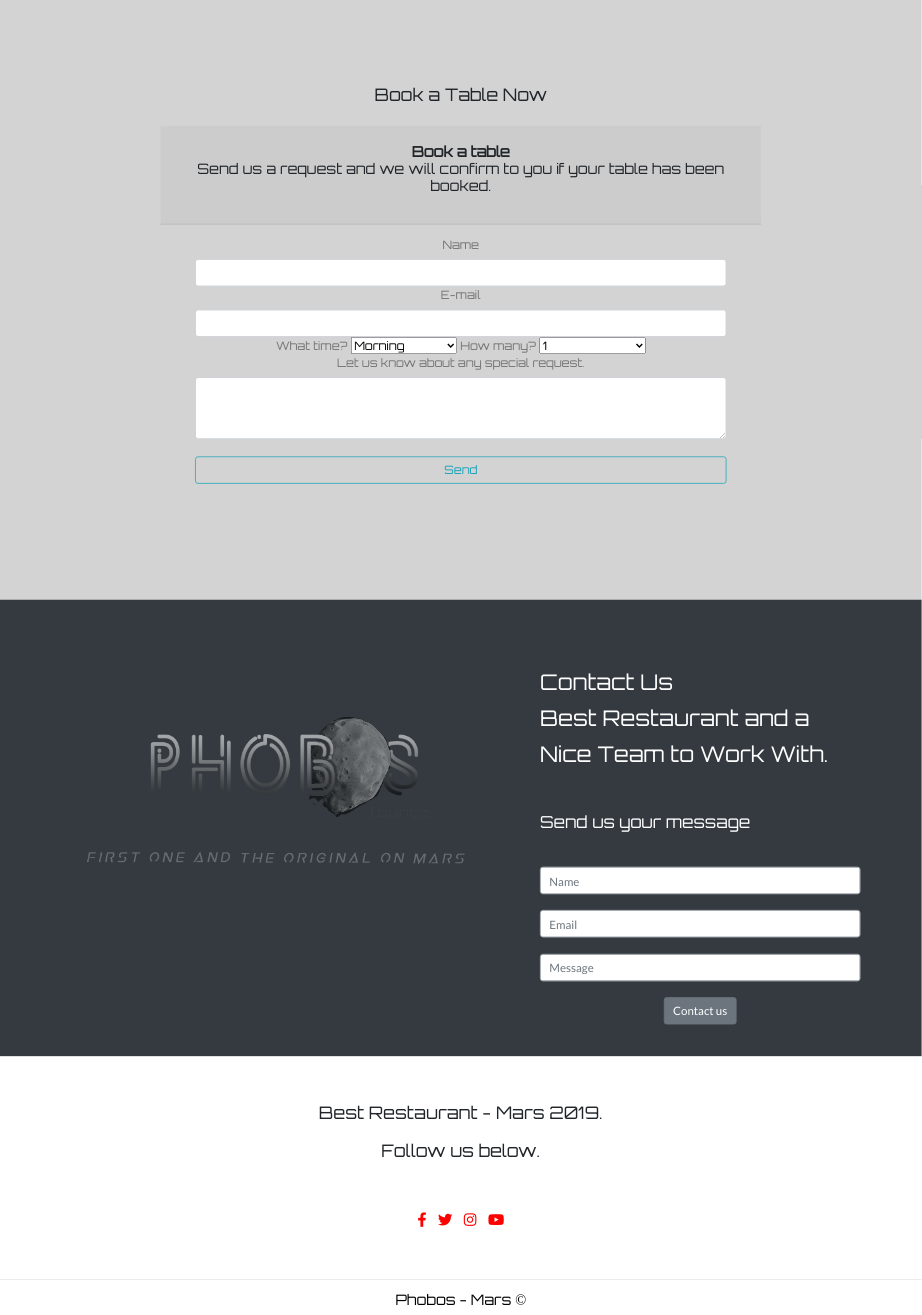
Repository: Code-Institute-Submissions/vinicald-Milestone-Project-1
Page: index.html
The author's editor kept a record of every edit. The page is drawn from the files as they stood at one moment, then again after the next edit.
The browser window is 1280 px wide. The pictures show the part of the page from y = 1861 to 3687 px (the page is 3687 px tall before and 3589 px after), at 72% of full size.
Backgrounds fixed to the window are drawn as part of the page. Some web fonts or font styles are not loaded; a fallback is used. Some web libraries are served in a nearby version.

Above is the page before.

### index.html
<!DOCTYPE html>
<html lang="en">

<head>
    <meta charset="UTF-8">
    <meta name="viewport" content="width=device-width, initial-scale=1.0">
    <meta http-equiv="X-UA-Compatible" content="ie=edge">
    <link rel="stylesheet" href="https://stackpath.bootstrapcdn.com/bootstrap/4.3.1/css/bootstrap.min.css" integrity="sha384-ggOyR0iXCbMQv3Xipma34MD+dH/1fQ784/j6cY/iJTQUOhcWr7x9JvoRxT2MZw1T" crossorigin="anonymous">
    <link rel="stylesheet" href="https://cdnjs.cloudflare.com/ajax/libs/font-awesome/5.9.0/css/all.css" integrity="undefined" crossorigin="anonymous" />
    <link rel="stylesheet" href="https://cdnjs.cloudflare.com/ajax/libs/hover.css/2.3.1/css/hover-min.css" integrity="sha256-c+C87jupO1otD1I5uyxV68WmSLCqtIoNlcHLXtzLCT0=" crossorigin="anonymous" />
    <link rel="stylesheet" href="assets/css/style.css" type="text/css" />
    <title>Phobos - The Only One</title>
</head>

<body>

    <header>
        <nav class="navbar navbar-expand-lg navbar-light">
            <a href="#home" class="navbar-brand ml-3">Phobos</a>
            <button class="navbar-toggler" type="button" data-toggle="collapse" data-target="#navbarMenu" arial-controls="navbarMenu" aria-expand="false" aria-label="Toggle Navigation">
                <span class="navbar-toggler-icon"></span>
            </button>
            <div class="collapse navbar-collapse"></div>
            <div class="collapse navbar-collapse" id="navbarMenu">
                <ul class="navbar-nav ml-auto">
                    <li class="nav-item">
                        <a href="#home" class="nav-link">Home</a>
                    </li>
                    <li class="nav-item">
                        <a href="#aboutus" class="nav-link">About Us</a>
                    </li>
                    <li class="nav-item">
                        <a href="#menu" class="nav-link">Menu</a>
                    </li>
                    <li class="nav-item">
                        <a href="#bookatable" class="nav-link">Book a Table</a>
                    </li>
                    <li class="nav-item">
                        <a href="#contactus" class="nav-link">Contact Us</a>
                    </li>
                </ul>
            </div>
        </nav>
    </header>

    <main>
        <div class="container-fluid p-0" id="home">
            <div class="site-content">
                <div class="d-flex justify-content-center">
                    <div class="d-flex flex-column">
                        <h1 class="site-title">Phobos Mars</h1>
                        <p class="site-desc">First one and The original on Mars.<br>More than 10 Awards</br>
                        </p>
                        <div class="d-flex flex-row">
                            <a href="#menu" class="btn site-btn1 px-4 py-3 mr-4 btn-light" role="button">Menu</a>
                        </div>
                    </div>
                </div>
            </div>
        </div>

        <div class="aboutus" id="aboutus">
            <div class="container text-center">
                <h1 class="heading-1">About us</h1>
                <h1 class="heading-2">A different Story and Unexpected Food</h1>
                <p class="para-1">The first restaurant on Mars, since 1972.</p>
                <div class="row justify-content-center text-center">
                    <div class="col-md-4">
                        <div class="card">
                            <img src="assets/images/restaurante.jpg" alt="Image1" class="card-img-top"></img>
                            <div class="card-body">
                                <h4 class="card-title">
                                    The First One
                                </h4>
                                <p class="card-text">
                                    The Restaurant was created in 1972, after our good old friend Louis Armstrong started this business on Mars.
                                </p>
                            </div>
                        </div>
                    </div>
                    <div class="col-md-4">
                        <div class="card">
                            <img src="assets/images/couple-on-coffee-date.jpg" alt="Image2" class="card-img-top">
                            <div class="card-body">
                                <h4 class="card-title">
                                    More Than 10 Awards
                                </h4>
                                <p class="card-text">
                                    We have been nominated more than 30 times for the Alien Space Restaurant of the Galaxy and we have won more than 10 Awards.
                                </p>
                            </div>
                        </div>
                    </div>
                    <div class="col-md-4">
                        <div class="card">
                            <img src="assets/images/cheers-to-holiday-eggnog.jpg" alt="Image3" class="card-img-top">
                            <div class="card-body">
                                <h4 class="card-title">
                                    The Perfect Food
                                </h4>
                                <p class="card-text">
                                    We serve the perfect dishes to all situations, from a galaxy meeting til a quick coffee.
                                </p>
                            </div>
                        </div>
                    </div>

                </div>
            </div>
        </div>

        <div class="menu" id="menu">
            <div class="container-fluid">
                <div class="d-flex justify-content-end">
                    <div class="d-flex flex-column m-4">
                        <h1 class="heading-1">Menu</h1>
                        <p class="para">Check it below</p>
                        <a href="assets/images/MENU.pdf" class="btn btn-danger" role="button" target="_blank" class="cv-pdf">Menu
                        </a>
                    </div>
                </div>
            </div>
        </div>

        <div class="bookatable" id="bookatable">
            <div class="container-fluid bookcontent">
                <div class="d-flex justify-content-center m-4">
                    <div class="cardtable">
                        <h4 class="card-title">Book a Table Now</h4>
                        <h5 class="card-header info-color dark-text text-center py-4">
                            <strong>Book a table</strong>
                            <p>Send us a request and we will confirm to you if your table has been booked.</p>
                        </h5>
                        <div class="card-body px-lg-5 pt-0">
                            <form class="text-center" style="color: #757575;" action="#!">
                                <div class="md-form mt-3">
                                    <label for="materialContactFormName">Name</label>
                                    <input type="text" id="materialContactFormName" class="form-control">
                                </div>
                                <div class="md-form">
                                    <label for="materialContactFormEmail">E-mail</label>
                                    <input type="email" id="materialContactFormEmail" class="form-control">
                                </div>
                                <span>What time?</span>
                                <select class="mdb-select">
                                    <option value="" disabled>Choose option</option>
                                    <option value="1" selected>Morning</option>
                                    <option value="2">Afternoon</option>
                                    <option value="3">Evening</option>
                                </select>
                                <span>How many?</span>
                                <select class="mdb-select">
                                    <option value="" disabled>Choose option</option>
                                    <option value="1" selected>1</option>
                                    <option value="2">2</option>
                                    <option value="3">3</option>
                                    <option value="3">4</option>
                                    <option value="3">5+</option>
                                </select>
                                <div class="md-form">
                                    <label for="materialContactFormMessage">Let us know about any special request.</label>
                                    <textarea id="materialContactFormMessage" class="form-control md-textarea" rows="3"></textarea>
                                </div>
                                <button class="btn btn-outline-info btn-rounded btn-block z-depth-0 my-4 waves-effect" type="submit">Send</button>
                            </form>
                        </div>
                    </div>
                </div>
            </div>
        </div>


        <div class="contactus bg-dark" id="contactus">
            <div class="container">
                <div class="row">
                    <div class="col-md-7">
                        <img src="assets/images/logo mars.png" class="img-fluid" alt="Image7" width="590">
                    </div>
                    <div class="col-md-5">
                        <h1 class="text-white">
                            Contact Us<br> Best Restaurant and a Nice Team to Work With.
                        </h1>
                        <p class="para-1">Send us your message</p>
                        <div class="center-form">
                            <form>
                                <input type="text" name="name" id="fullname" class="form-control" placeholder="Name" required/>
                                <input type="email" name="email" id="emailaddress" class="form-control" placeholder="Email" required/>
                                <input type="textarea" row="5" name="projectsummary" id="projectsummary" class="form-control" placeholder="Message" required/>
                                <div class="form-row text-center">
                                    <div class="col">
                                        <button type="submit" class="btn btn-secondary">Contact us</button>
                                    </div>
                                </div>
                        </div>
                    </div>
                </div>
            </div>
        </div>
    </main>

    <footer>
        <div class="social text-center">
            <h4 style="margin-top: 5%">Best Restaurant - Mars 2019.</h4>
            <h4 class="my-4">Follow us below.</h4>
            <div class="social" style="margin: 5%;">
                <div class="d-flex flex-row justify-content-center">
                    <a href="#" target="_blank"><i class="fab fa-facebook-f m-2"></i></a>
                    <a href="#" target="_blank"><i class="fab fa-twitter m-2"></i></a>
                    <a href="#" target="_blank"><i class="fab fa-instagram m-2"></i></a>
                    <a href="#" target="_blank"><i class="fab fa-youtube m-2"></i></a>
                </div>
            </div>
            <hr>
            <h5 style="color: black">Phobos - Mars &copy</h5>
        </div>
    </footer>
    <script src="https://code.jquery.com/jquery-3.3.1.slim.min.js" integrity="sha384-q8i/X+965DzO0rT7abK41JStQIAqVgRVzpbzo5smXKp4YfRvH+8abtTE1Pi6jizo" crossorigin="anonymous"></script>
    <script src="https://cdnjs.cloudflare.com/ajax/libs/popper.js/1.14.7/umd/popper.min.js" integrity="sha384-UO2eT0CpHqdSJQ6hJty5KVphtPhzWj9WO1clHTMGa3JDZwrnQq4sF86dIHNDz0W1" crossorigin="anonymous"></script>
    <script src="https://stackpath.bootstrapcdn.com/bootstrap/4.3.1/js/bootstrap.min.js" integrity="sha384-JjSmVgyd0p3pXB1rRibZUAYoIIy6OrQ6VrjIEaFf/nJGzIxFDsf4x0xIM+B07jRM" crossorigin="anonymous"></script>
</body>

</html>

### assets/css/style.css
@import url('https://fonts.googleapis.com/css?family=Lexend+Deca: 100, 200, 300, 400, 500, 600, 700|Lato|Overlock+SC|Pacifico|Righteuos|Roboto|Orbitron|Exo:100, 200, 300, 400, 500, 600, 700');

body {
    padding: 0%;
    margin: 0%;
    font-family: "Lato";
}

/* Heading */

.navbar {
    background-color: #2B2A2B;
}

.navbar-brand {
    font-family: "Orbitron";
    font-size: 35px;
    color: #F0E9EE !important;
}

.nav-link {
    font-size: 16px;
    margin: 15px;
    color: grey !important;
    font-family: "Orbitron";
}

.nav-link:hover {
    color: #fafafa !important;
}

.action .nav-link {
    color: #fafafa !important;
}


/* Main Container */

.site-content {
    background-color: #BF402A;
    background-size: cover;
}

.site-title,
.site-desc {
    color: #F0E9EE;
    font-family: "Orbitron";
}

.site-title {
    margin-top: 30%;
    margin-bottom: 6%;
    font-size: 50px;
    text-align: center;
}

.site-desc {
    font-size: 14px;
    padding-left: 15%;
}

.site-btn1 {
    background-color: #fafafa;
    font-family: "Orbitron";
}

.site-btn1 {
    margin-top: 5%;
    margin-bottom: 40%;
    margin-left: 30%;
}

/* About Us */

.aboutus .heading-1 {
    margin-top: 8%;
    font-family: "Orbitron";
}

.aboutus .heading-2 {
    margin-bottom: 5%;
    font-size: 39px;
    font-family: "Orbitron";
}

.aboutus .para-1 {
    width: 60%;
    margin-left: 20%;
    margin-bottom: 5%;
    font-family: "Orbitron";
}

.aboutus .card-text,
.para-1 {
    color: #161616;
}

.aboutus {
    margin-bottom: 8%;
}

.card {
    width: 20rem;
}

/* Menu */

.menu .container-fluid {
    background-image: url('../images/berry-cheesecake.jpg');
    background-size: cover;
    background-attachment: fixed;
    padding-bottom: 5%;
}


.m-4 {
    margin: 6.5rem!important;
}

.menu .heading-1 {
    margin-top: 20%;
    margin-bottom: 4%;
    font-family: "Orbitron";
    width: 80%;
    color: #fafafa;
}

.menu .para {
    width: 100%;
    font-family: "Roboto";
    color: #fafafa;
    margin-bottom: 7%;
}

.menu .btn {
    margin-bottom: 15%;
    width: 60%;
    padding: 3% 5%;
}

/* Book a Table */

.col-md-4 {
    text-align: center;
    margin-left: auto;
    margin-right: auto;
}

.bookatable {
    background-color: lightgrey;
    text-align: center;
}

.bookatable .bookcontent {
    padding-top: 1%;
    padding-bottom: 1%;
}

.bookatable .card-title {
    font-family: "Orbitron";
    padding-bottom: 2%;
    text-align: center;
}

.cardtable {
    max-width: 80%;
}

.card-header {
    font-family: "Orbitron";
}

.card-body {
    font-family: "Orbitron";
}

/* Contact Us */

.contactus {
    margin-top: 0%;
}

.contactus .row .col-md-7 .col-md-5 {
    margin-top: 10%;
    margin-bottom: 10%;
}

.contactus h1 {
    color: white;
    font-family: "Orbitron";
    line-height: 50px;
    font-size: 30px;
    text-decoration: none;
    margin-top: 20%;
}

.contactus .para-1 {
    color: white;
    font-family: "Orbitron";
    font-size: 23px;
    margin-top: 12%;
    margin-bottom: 10%;
}

.contactus .center-form {
    margin-bottom: 10%;
}

.contactus .form-control {
    margin-bottom: 5%;
}

/* Social */

.social {
    font-family: "Orbitron";
}

.social i {
    color: red;
    font-size: 20px;
}

/* Media */

@media screen and (max-width: 768px) {
    .menu .card {
        width: 14rem;
    }

    .bookatable .col-md-7 img {
        width: 350px;
    }
}

@media screen and (max-width: 640px) {
    .main {
        padding: 0;
    }

    .site-content .site-title {
        font-size: 30px;
        padding: 15%;
    }

    .site-content .site-btn1 {
        margin-left: 15%;
    }

    .aboutus .heading-1,
    section-1 .heading-2 {
        font-size: 25px;
    }

    .aboutus .col-md-4 {
        padding: 5%;
        margin-left: 8%;
    }

    .aboutus .card {
        width: 15rem;
    }

    .bookatable .col-md-5 {
        width: 15rem;
    }

    footer input[type="button"] {
        margin-top: 5%;
    }
}


@media screen and (max-width: 320px) {
    .main {
        padding: 0;
    }
    .site-content .site-title {
        font-size: 30px;
        padding: 15%;
    }

    .site-content .site-btn1 {
        margin-left: 15%;
    }

    .aboutus .heading-1,
    section-1 .heading-2 {
        font-size: 25px;
    }

    .aboutus .col-md-4 {
        padding: 5%;
        margin-left: 8%;
    }

    .aboutus .card {
        width: 15rem;
    }

    .bookatable .col-md-5 {
        width: 15rem;
    }

    footer input[type="button"] {
        margin-top: 5%;
    }
}

After the next edit:
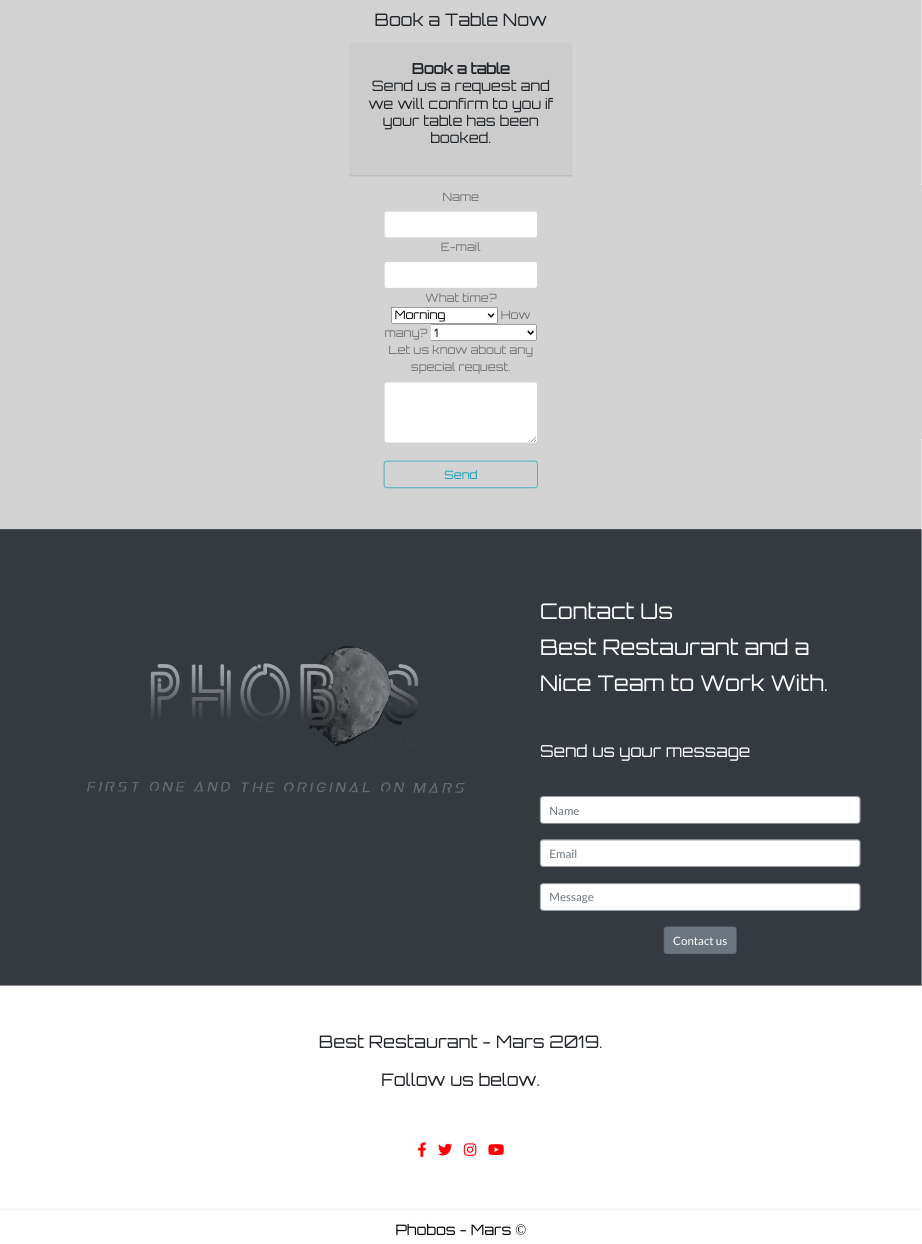
The edit:
--- a/index.html
+++ b/index.html
@@ -124,7 +124,7 @@
 
         <div class="bookatable" id="bookatable">
             <div class="container-fluid bookcontent">
-                <div class="d-flex justify-content-center m-4">
+                <div class="d-flex justify-content-center col-md-4 bookmedia">
                     <div class="cardtable">
                         <h4 class="card-title">Book a Table Now</h4>
                         <h5 class="card-header info-color dark-text text-center py-4">
